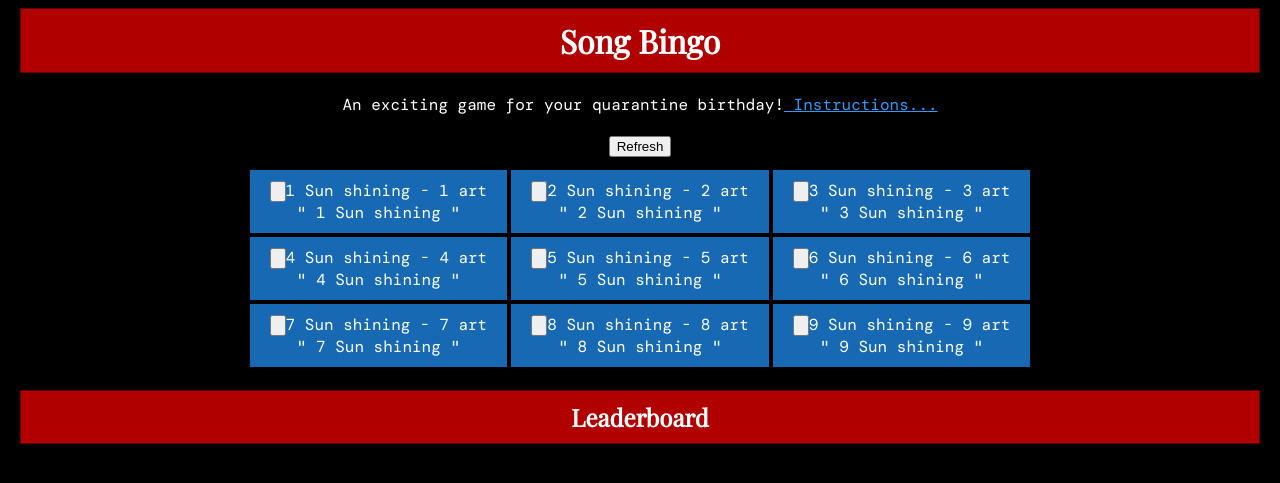
Repository: salsal97/birthday-bingo
Page: bingo.html
An editor plug-in stored every save of this project. The page is shown before and after the next save, followed by the edit.
The browser window is 1280 px wide. The pictures show the whole page.
After loading, the first visible `input` was clicked once.

Above is the page before, as saved 2020-05-23 19:58:28.
Console error: ReferenceError: id1 is not defined

### bingo.html
<!--
Author: Saloni Goel, 2020
Previous Author: Werner Stoop, 2012
-->
<html>

<head>
    <link href='https://fonts.googleapis.com/css?family=Playfair+Display' rel='stylesheet'>
    <link href='https://fonts.googleapis.com/css?family=DM+Mono' rel='stylesheet'>
    <link rel="stylesheet" type="text/css" href="bingo.css">
    <title>Song Bingo</title>
    <!-- <script type="text/javascript" src="songs.json"></script> -->
    <script type="text/javascript">
        // var fs = require('fs');
        // var songs = fs.readFileSync("songs.json", "utf8");
        // var songs = $.getJSON("https://birthday-bingo.azurewebsites.net/songs.json");

        // var data = JSON.parse("https://birthday-bingo.azurewebsites.net/songs.json"); //.data;
        // var N = JSON.parse(songs).N;
        var N = 3;
        var data = [{
            friend: "p1",
            quote: "\" 1 Sun shining \"",
            song: "1 Sun shining",
            link: "www.youtube.com",
            artist: "1 art"
        }, {
            friend: "p2",
            quote: "\" 2 Sun shining \"",
            song: "2 Sun shining",
            link: "www.youtube.com",
            artist: "2 art"
        }, {
            friend: "p3",
            quote: "\" 3 Sun shining \"",
            song: "3 Sun shining",
            link: "www.youtube.com",
            artist: "3 art"
        }, {
            friend: "p4",
            quote: "\" 4 Sun shining \"",
            song: "4 Sun shining",
            link: "www.youtube.com",
            artist: "4 art"
        }, {
            friend: "p5",
            quote: "\" 5 Sun shining \"",
            song: "5 Sun shining",
            link: "www.youtube.com",
            artist: "5 art"
        }, {
            friend: "p6",
            quote: "\" 6 Sun shining \"",
            song: "6 Sun shining",
            link: "www.youtube.com",
            artist: "6 art"
        }, {
            friend: "p7",
            quote: "\" 7 Sun shining \"",
            song: "7 Sun shining",
            link: "www.youtube.com",
            artist: "7 art"
        }, {
            friend: "p8",
            quote: "\" 8 Sun shining \"",
            song: "8 Sun shining",
            link: "www.youtube.com",
            artist: "8 art"
        }, {
            friend: "p9",
            quote: "\" 9 Sun shining \"",
            song: "9 Sun shining",
            link: "www.youtube.com",
            artist: "9 art"
        }];

        var cells = {};

        function generate() {
            var usedWords = [];

            var node = document.getElementById("grid");

            // generate/restart game
            if (node.innerHTML && !confirm("Are you sure you want to regenerate?"))
                return;

            var html = '<table border="0">';
            for (var y = 0; y < N; y++) {
                html += "<tr>"
                for (var x = 0; x < N; x++) {

                    // pick a random object
                    // do {
                    // 	var i = Math.round(Math.random() * (N*N - 1));
                    // 	var obj = data[x+y*N];
                    // } while(usedWords.indexOf(obj.friend) >= 0);
                    // usedWords.push(obj.friend);
                    var obj = data[x + y * N];

                    // append object html
                    html += '<td id="cell_' + x + '_' + y + '" ><label><input id="chk-cell_' + x + '_' + y + '" type="button" onclick="cellClicked(\'cell_' + x + '_' + y + "')\">" + obj.song + " - " + obj.artist + "<br>" + obj.quote + "</label></td>";
                }
                html += "</tr>"
            }
            html += "</table>";
            node.innerHTML = html;
            // node.innerHTML = "<p>"+data+" puppy 1";
            save("bingo.grid", html);
            saveGameState();
        }

        /* http://diveintohtml5.info/storage.html */
        function supports_html5_storage() {
            try {
                return 'localStorage' in window && window['localStorage'] !== null;
            } catch (e) {
                return false;
            }
        }

        function cellClicked(id) {
            var c = document.getElementById("chk-" + id);
            var d = document.getElementById(id);
            var temp = id.split("_");
            var i = Number(temp[1]) + Number(temp[2]) * N;

            var person = prompt("Enter the name of the friend " + data[i].friend).toLowerCase();
            if (person != null) {
                if (person == data[i].friend) {
                    d.innerHTML = data[i].friend.toUpperCase();
                    d.style.backgroundColor = "#114C80";
                    //   d.className =(c.checked)?"highlight":"";
                } else {
                    d.style.backgroundColor = "#E69D29";
                    if (!d.innerHTML.endsWith(", ")) {
                        d.innerHTML += "<br> Wrong guess: ";
                    }
                    d.innerHTML += person + ", ";
                }
            }
            saveGameState();
        }

        function saveGameState() {
            for (var y = 0; y < N; y++) {
                for (var x = 0; x < N; x++) {
                    var id = 'cell_' + x + '_' + y;
                    var c = document.getElementById("chk-" + id);
                    if (id1.localeCompare(id) != 0)
                        save("bingo." + id1 + "--------" + id, c.checked);
                    else
                        save("bingo." + id + "_" + person, c.checked);
                }
            }
        }

        function loadGameState() {
            for (var y = 0; y < N; y++) {
                for (var x = 0; x < N; x++) {
                    var id = 'cell_' + x + '_' + y;
                    var c = document.getElementById("chk-" + id);
                    c.checked = (load("bingo." + id) == 'true');
                    var d = document.getElementById(id);
                    d.className = (c.checked) ? "highlight" : "";
                }
            }
        }

        function toggle(id) {
            var elem = document.getElementById(id);
            if (elem.style.display == "block")
                elem.style.display = "none";
            else
                elem.style.display = "block";
        }

        save = function(key, value) {};
        load = function(key) {
            return null
        };

        function start() {
            if (supports_html5_storage()) {
                save = function(key, value) {
                    localStorage.setItem(key, value);
                };
                load = function(key) {
                    return localStorage.getItem(key);
                };
            } else {
                alert("Your browser does not support localStorage.\nYou won't be able to persist the Bingo grid.\nUpgrading your browser may help.");
                return;
            }

            var grid = load("bingo.grid");
            if (grid) {
                console.log("Loaded a previously generated grid");
                var node = document.getElementById("grid");
                node.innerHTML = grid;
                loadGameState();
            }
        }
    </script>
</head>

<body onLoad="start()">
    <h1>Song Bingo</h1>

    <p>An exciting game for your quarantine birthday!<a href="javascript:toggle('instructions');"> Instructions...</a></p>

    <noscript>
<div class="error">
<strong>Problem:</strong>
<p><em>
You do not have JavaScript enabled. JavaScript must be enabled for this application to work.
</em></p>
</div>
</noscript>

    <div id="instructions">
        <h2>Instructions</h2>
        <ol>
            <noscript><li>Enable JavaScript</li></noscript>
            <li>Click <strong>Refresh</strong> to create your Bingo board.</li>
            <li>In the boxes you see the name of a song, its artist, and a quote from the song that someone chose for you </li>
            <li>Click on the button in the box to guess who chose this song! </li>
            <li>If your guess is right, the box will change color and display the name of the person (: </li>
            <li>If your guess is wrong, the box will show you your incorrect guess to help you narrow your search </li>
            <li>HINT: The main page of this website should be populated with the people who participated! We restricted this to first names to make it easy </li>
        </ol>
    </div>
    <form>
        <input type="button" value="Refresh" onClick="generate();" />
    </form>
    <div id="grid"></div>
    <h2>Leaderboard</h2>
    <div id="leaderboard"></div>
</body>

</html>

### bingo.css
body {
    color: white;
    background: black;
    text-align: center;
    font-family: DM Mono;
    margin-left: 20px;
    margin-right: 20px
}

a {
    color: #2E9CFF
}

h1 {
    background: #B00000;
    text-align: center;
    font-family: Playfair Display;
    padding: 10px;
    border: 1px solid #650000;
}

h2 {
    background: #B00000;
    font-family: Playfair Display;
    text-align: center;
    padding: 10px;
    border: 1px solid #650000;
}

table {
    margin-left: auto;
    margin-right: auto
}

td {
    background: #1769B3;
    padding: 10px 20px;
    text-align: center;
    border: 1px solid black;
}

.error {
    background-color: #FF7F7F;
    color: red;
    padding: 5px;
    margin: 20px 50px;
    border: 1px solid red;
}

td label {
    cursor: pointer;
    text-align: center;
}

form {
    margin: 5px;
    padding: 5px;
    color: green;
}

#instructions {
    display: none;
    border: 1px solid #650000;
    margin: 10px;
    padding: 20px;
    text-align: left;
}

After the next save:
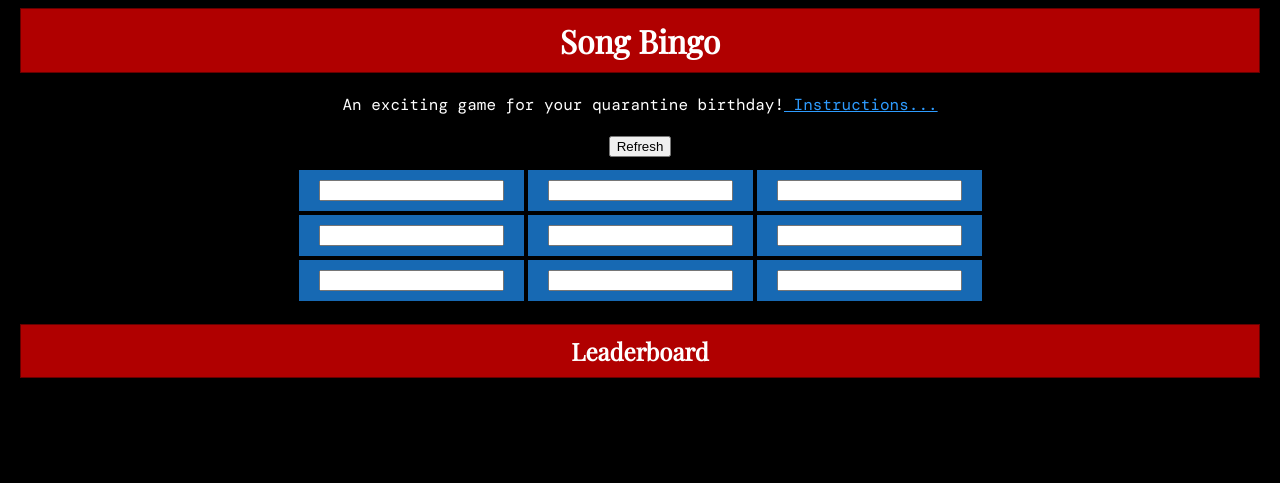
Saved 5 min 11 s later.
--- a/bingo.html
+++ b/bingo.html
@@ -99,7 +99,7 @@
                     var obj = data[x + y * N];
 
                     // append object html
-                    html += '<td id="cell_' + x + '_' + y + '" ><label><input id="chk-cell_' + x + '_' + y + '" type="button" onclick="cellClicked(\'cell_' + x + '_' + y + "')\">" + obj.song + " - " + obj.artist + "<br>" + obj.quote + "</label></td>";
+                    html += '<td id="cell_' + x + '_' + y + '" ><label><input id="chk-cell_' + x + '_' + y + obj.song + " - " + obj.artist + "<br>" + obj.quote + "</label></td>";
                 }
                 html += "</tr>"
             }

After the save that followed:
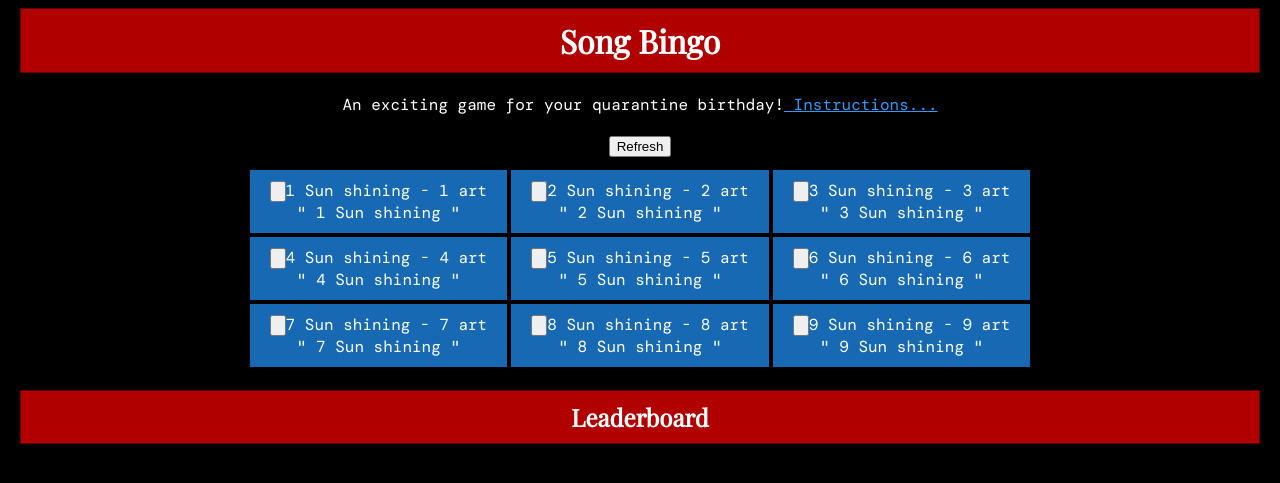
Saved 24 s later.
--- a/bingo.html
+++ b/bingo.html
@@ -99,7 +99,7 @@
                     var obj = data[x + y * N];
 
                     // append object html
-                    html += '<td id="cell_' + x + '_' + y + '" ><label><input id="chk-cell_' + x + '_' + y + obj.song + " - " + obj.artist + "<br>" + obj.quote + "</label></td>";
+                    html += '<td id="cell_' + x + '_' + y + '" ><label><input id="chk-cell_' + x + '_' + y + '" type="button" onclick="cellClicked(\'cell_' + x + '_' + y + "')\">" + obj.song + " - " + obj.artist + "<br>" + obj.quote + "</label></td>";
                 }
                 html += "</tr>"
             }
